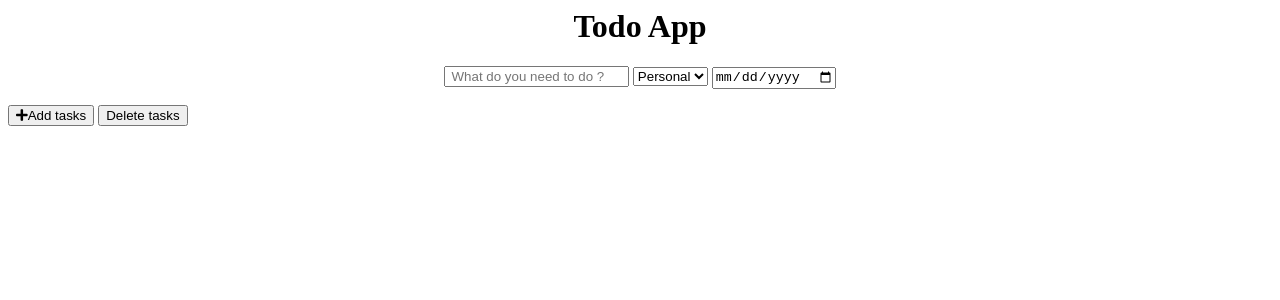
Repository: Sayan-100/Todo-List
Page: http://localhost/
An editor plug-in stored every save of this project. The page is shown before and after the next save, followed by the edit.
The browser window is 1280 px wide. The pictures show the whole page.
Some web libraries are served in a nearby version. The page is served by the project's Node server (index.js). Other server files are loaded and not shown. Queries for data that is not in the repository find no rows.

Above is the page before, as saved 2021-12-29 18:21:47.
Not found: js/home.js

### views/home.ejs
<html>

<head>
    <title>
        <%= title %>
    </title>

    <link rel="stylesheet" href="/css/style.css">
    <link rel="stylesheet" href="https://use.fontawesome.com/releases/v5.5.0/css/all.css" integrity="sha384-B4dIYHKNBt8Bc12p+WXckhzcICo0wtJAoU8YZTY5qE0Id1GSseTk6S+L3BlXeVIU" crossorigin="anonymous">

</head>

<body>
    <h1> Todo App </h1>
    <form id="create-todo" action="/create_todo" method="POST">
        <input type="text" name="Description" placeholder=" What do you need to do ?" required>

        <select name="Category" required>
        <option>Personal</option>
        <option>Work</option>
        <option>Cleaning</option>
        <option>School</option>
        <option> others</option>
        </select>

        <input type="date" id="birthday " name="DueDate">

    </form>
    <button type="submit" form="create-todo"><i class="fas fa-plus"></i>Add tasks</button>

    <button type="submit" form="delete-form">Delete tasks</button>

    <!-- form attribute is used to link the button with the form  by specifying the id -->

    <div id="todo-list-container">
        <form id="delete-form" action="/delete-todo" method="POST">
            <ul>
                <% for(let i of todo_list) {%>
                    <li class="todo">
                        <input type="checkbox" name="<%=i._id%>" value="">
                        <!-- name attribute is used to take id of selected to do list from the from tag to the controller-->
                        <div class="details">
                            <p>
                                <%= i.Description %>
                            </p>
                            <p>
                                <button><%= i.Category %></button>
                            </p>

                            <p>

                                <%= i.DueDate  %>
                            </p>
                        </div>
                    </li>
                    <% } %>
            </ul>

        </form>
    </div>



    <script type="text/javascript" src="/js/home.js">
    </script>

</body>

</html>

### index.js
const express = require('express');
const path = require('path');
const port = 8000;

const db = require('./config/mongoose');
const to_do = require('./models/to-do');

const app = express();

app.set('view engine', 'ejs');
app.set('views', path.join(__dirname, 'views'));

app.use(express.urlencoded());
app.use(express.static('assests'));
app.get('/', function(req, res) {

    //res.send('<h1>cool it is running or is it ?</h1>')
    to_do.find({}, function(err, todos) {
        if (err) {
            console.log('Error in fetching todo from db');
            return;
        }

        return res.render('home', {
            title: "My todo List",
            todo_list: todos
        });
    });

});

app.post('/delete-todo', function(req, res) {
    let id = req.query.id;
    Object.keys(req.body).forEach(function(id) {
        to_do.findByIdAndDelete(id, function(err) {
            if (err) {
                console.log('Error in deleting a object form database');
                return;
            }
        });
        return res.redirect('back');
    })
});

//   to_do.findByIdAndDelete(id, function(err) {
//         if (err) {
//             console.log('Error in deleting a object form database');
//             return;
//         }

//         return res.redirect('back');
//})
app.post('/create_todo', function(req, res) {

    let date = "NO DEADLINE";
    console.log('**********', date);
    if (req.body.DueDate) {
        date = req.body.DueDate;
    }

    to_do.create({
        Description: req.body.Description,
        Category: req.body.Category,
        DueDate: date

    }, function(err, newTodo) {

        if (err) {
            console.log('Error in creating a todo');
            return;
        }

        console.log('**********', newTodo);
        return res.redirect('back');

    });
});


app.listen(port, function(err) {
    if (err) {
        console.log('Error in running server');
    }

    console.log('Yup! my server is running on port', port);
});

### assests/css/style.css
h1 {
    text-align: center;
}

form {
    text-align: center;
}

li {
    list-style: none;
}

input {
    display: inline-block;
}

After the next save:
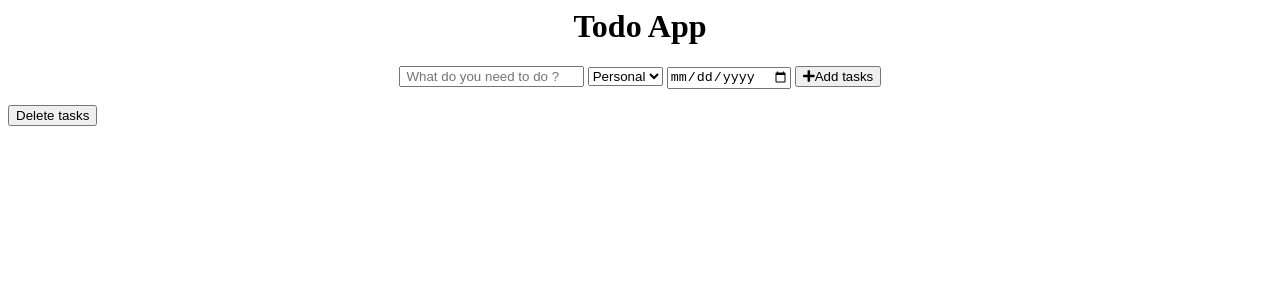
Saved 32 s later.
--- a/views/home.ejs
+++ b/views/home.ejs
@@ -24,9 +24,10 @@
         </select>
 
         <input type="date" id="birthday " name="DueDate">
+        <button type="submit" form="create-todo"><i class="fas fa-plus"></i>Add tasks</button>
 
     </form>
-    <button type="submit" form="create-todo"><i class="fas fa-plus"></i>Add tasks</button>
+
 
     <button type="submit" form="delete-form">Delete tasks</button>
 
